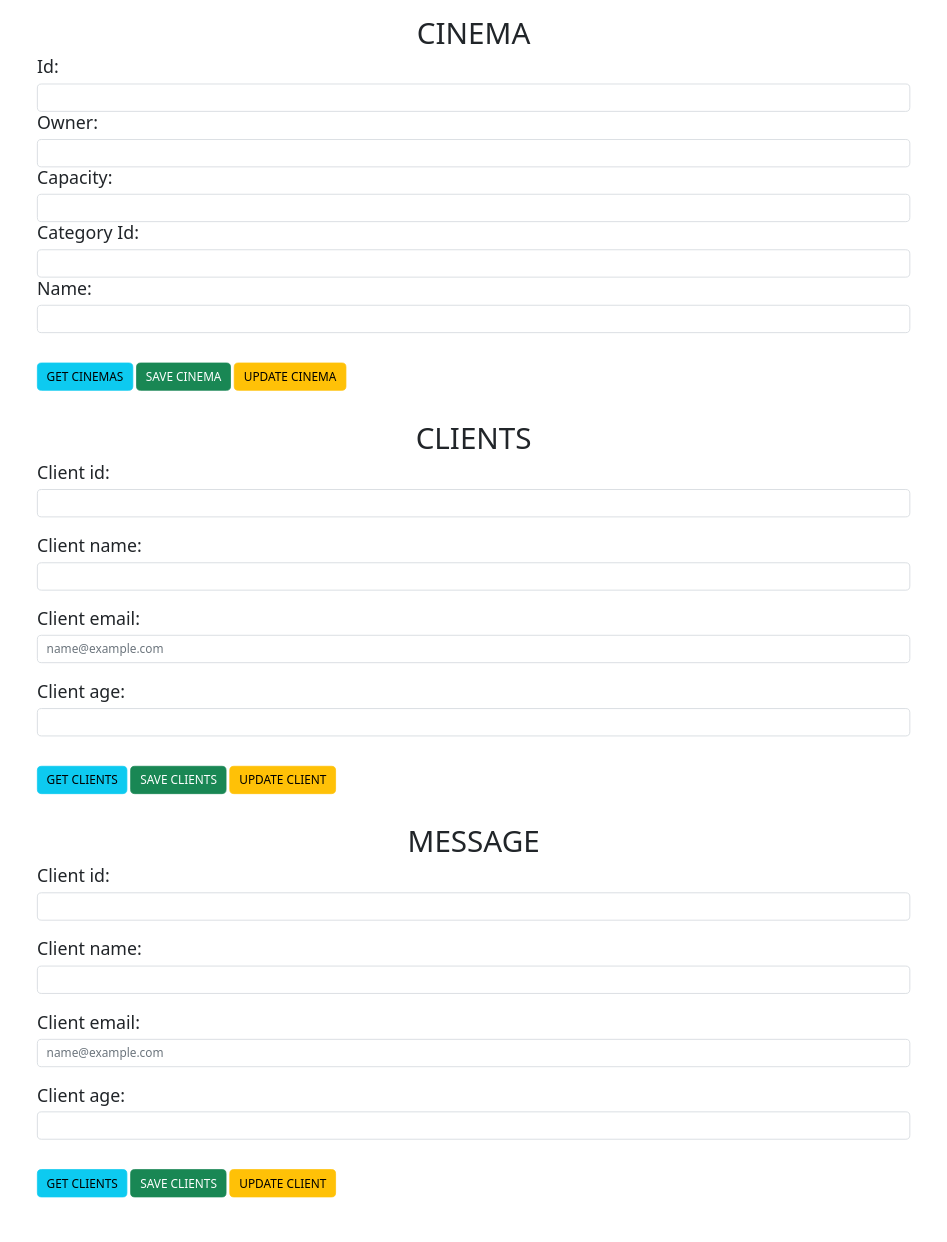
Repository: almendezl/MisionTIC
Page: index.html
These files come from the project's save history. The page is drawn as it stood at one moment and after the next save; the edit follows.
The browser window is 1280 px wide. The pictures show the whole page, at 74% of full size.

Above is the page before, as saved 2022-10-01 21:55:32.

### index.html
<html lang="en">
<head>
    <meta charset="UTF-8">
    <meta http-equiv="X-UA-Compatible" content="IE=edge">
    <meta name="viewport" content="width=device-width, initial-scale=1.0">
    <link rel="stylesheet" href="styles.css">
    <title>MISION TIC 2022 RETO 2</title>
</head>
<!-- add jquery api -->
<script src="https://ajax.googleapis.com/ajax/libs/jquery/3.6.1/jquery.min.js"></script>
<!-- add bootstrap -->

<link href="https://cdn.jsdelivr.net/npm/bootstrap@5.2.1/dist/css/bootstrap.min.css" rel="stylesheet" integrity="sha384-iYQeCzEYFbKjA/T2uDLTpkwGzCiq6soy8tYaI1GyVh/UjpbCx/TYkiZhlZB6+fzT" crossorigin="anonymous">
<!-- add the file with the script -->
<script type="text/javascript" src="myScript.js"></script>
<body>
    <!-- cinema front -->
    <h1 class="text-center">CINEMA</h1>
    <form action="">
        <div class="form-group">
            <h4 class="label label-default" >Id: </h4>
            <input class="form-control" type="number" id="clientId">
        </div>

        <div class="form-group">
            <h4 class="label label-default" >Owner: </h4>
            <input class="form-control" type="text" id="clientName">
        </div>

        <div class="form-group">
            <h4 class="label label-default" >Capacity: </h4>
            <input class="form-control" type="text" id="clientEmail" >
        </div>

        <div class="form-group">
            <h4 class="label label-default" >Category Id: </h4>
            <input class="form-control" type="number" id="clientAge">
        </div>

        <div class="form-group">
            <h4 class="label label-default" >Name: </h4>
            <input class="form-control" type="number" id="clientAge"><br>
        </div>

    </form>




    <button class="btn btn-info" onclick="getClients()">GET CINEMAS</button>

    <button class="btn btn-success" onclick="setClient()">SAVE CINEMA</button>

    <button class="btn btn-warning" onclick="updateClient()">UPDATE CINEMA</button><br><br>


    <table class="table table-striped" id="clientsList">


    </table>

    <!-- Clients front  -->
    <h1 class="text-center">CLIENTS</h1>
    <form action="">
        <div class="form-group">
            <h4 class="label label-default" >Client id: </h4>
            <input class="form-control" type="number" id="clientId"> <br>
        </div>

        <div class="form-group">
            <h4 class="label label-default" >Client name: </h4>
            <input class="form-control" type="text" id="clientName"><br>
        </div>

        <div class="form-group">
            <h4 class="label label-default" >Client email: </h4>
            <input class="form-control" type="text" id="clientEmail" placeholder="name@example.com"><br>
        </div>

        <div class="form-group">
            <h4 class="label label-default" >Client age: </h4>
            <input class="form-control" type="number" id="clientAge"><br>
        </div>

    </form>




    <button class="btn btn-info" onclick="getClients()">GET CLIENTS</button>

    <button class="btn btn-success" onclick="setClient()">SAVE CLIENTS</button>

    <button class="btn btn-warning" onclick="updateClient()">UPDATE CLIENT</button><br><br>


    <table class="table table-striped" id="clientsList">


    </table>

    <!-- Message front  -->
    <h1 class="text-center">MESSAGE</h1>
    <form action="">
        <div class="form-group">
            <h4 class="label label-default" >Client id: </h4>
            <input class="form-control" type="number" id="clientId"> <br>
        </div>

        <div class="form-group">
            <h4 class="label label-default" >Client name: </h4>
            <input class="form-control" type="text" id="clientName"><br>
        </div>

        <div class="form-group">
            <h4 class="label label-default" >Client email: </h4>
            <input class="form-control" type="text" id="clientEmail" placeholder="name@example.com"><br>
        </div>

        <div class="form-group">
            <h4 class="label label-default" >Client age: </h4>
            <input class="form-control" type="number" id="clientAge"><br>
        </div>

    </form>




    <button class="btn btn-info" onclick="getClients()">GET CLIENTS</button>

    <button class="btn btn-success" onclick="setClient()">SAVE CLIENTS</button>

    <button class="btn btn-warning" onclick="updateClient()">UPDATE CLIENT</button><br><br>


    <table class="table table-striped" id="clientsList">


    </table>

</body>
</html>

### styles.css
body {

    padding: 20px 50px;
  }

### myScript.js
function getClients(){

    $.ajax({
        url:'https://gbc0751b79176df-fy68ude9ajgxmklv.adb.us-ashburn-1.oraclecloudapps.com/ords/admin/client/client',
        type: 'GET',
        dataType: 'json',

        success: function(clients){
            console.log(clients);
            let cs= clients.items;
            //$('#clientsList').append("<h2>Clients List</h2>");
            $('#clientsList').empty();
            $('#clientsList').append("<thead><tr><th scope='col'>Id</th><th scope='col'>Name</th><th scope='col'>Email</th><th scope='col'>Age</th> <th scope='col'>Option</th></tr></thead><tbody></tbody>");
            for(i = 0; i<cs.length; i++){
                //$('#clientsList').append("<b>"+cs[i].id+" "+cs[i].name+" </b> "+cs[i].email+"   <button class='btn btn-danger' onclick='deleteClient("+cs[i].id+")'>DELETE</button>"+"<br>");
                $('#clientsList').append("<tr><th scope='row'>"+cs[i].id+"</th><td>"+cs[i].name+"</td><td>"+cs[i].email+"</td><td>"+cs[i].age+"</td><td>"+"<button class='btn btn-danger' onclick='deleteClient("+cs[i].id+")'>DELETE</button></td></tr>");

            }

        },
        error: function(xhr, status){
            alert("A problem has occurred");
        },
        complete: function(xhr, status){
            //alert("Request made");
        }
    });

}

function setClient(){

    let clientId = $("#clientId").val();
    let clientName = $("#clientName").val();
    let clientEmail = $("#clientEmail").val();
    let clientAge = $("#clientAge").val();

    let data = {
        id: clientId,
        name: clientName,
        email: clientEmail,
        age: clientAge

    };

    let dataToSend = JSON.stringify(data);

    console.log(dataToSend);

    $.ajax({
        url:'https://gbc0751b79176df-fy68ude9ajgxmklv.adb.us-ashburn-1.oraclecloudapps.com/ords/admin/client/client',
        type: 'POST',
        //dataType: 'json',
        data: dataToSend,
         contentType: "application/json",

        success: function(json){
            console.log(json);
            //Clean the inputs
            $("#clientId").val('');
            $("#clientName").val('');
            $("#clientEmail").val('');
            $("#clientAge").val('');
            getClients();
        },
        error: function(xhr, status){
            //alert("A problem has occurred");

        },
        complete: function(xhr, status){
            //alert("Request made");

        }
    });

}

function updateClient(){
    let clientId = $("#clientId").val();
    let clientName = $("#clientName").val();
    let clientEmail = $("#clientEmail").val();
    let clientAge = $("#clientAge").val();

    let data = {
        id: clientId,
        name: clientName,
        email: clientEmail,
        age: clientAge

    };

    let dataToSend = JSON.stringify(data);

    console.log(dataToSend);

    $.ajax({
        url:'https://gbc0751b79176df-fy68ude9ajgxmklv.adb.us-ashburn-1.oraclecloudapps.com/ords/admin/client/client',
        type: 'PUT',
        //dataType: 'json',
        data: dataToSend,
        contentType: "application/json",

        success: function(json){
            console.log(json);
            //Clean the inputs
            $("#clientId").val('');
            $("#clientName").val('');
            $("#clientEmail").val('');
            $("#clientAge").val('');
            getClients();
        },
        error: function(xhr, status){
            //alert("A problem has occurred");

        },
        complete: function(xhr, status){
            //alert("Request made");

        }
    });
}

function deleteClient(clientId){


    let data = {
        id: clientId

    };

    let dataToSend = JSON.stringify(data);

    console.log(dataToSend);

    $.ajax({
        url:'https://gbc0751b79176df-fy68ude9ajgxmklv.adb.us-ashburn-1.oraclecloudapps.com/ords/admin/client/client',
        type: 'DELETE',
        //dataType: 'json',
        data: dataToSend,
        contentType: "application/json",

        success: function(json){
            console.log(json);
            //Clean the inputs
            $("#clientId").val('');
            $("#clientName").val('');
            $("#clientEmail").val('');
            $("#clientAge").val('');
            getClients();
        },
        error: function(xhr, status){
            //alert("A problem has occurred");

        },
        complete: function(xhr, status){
            //alert("Request made");

        }
    });
}

After the next save:
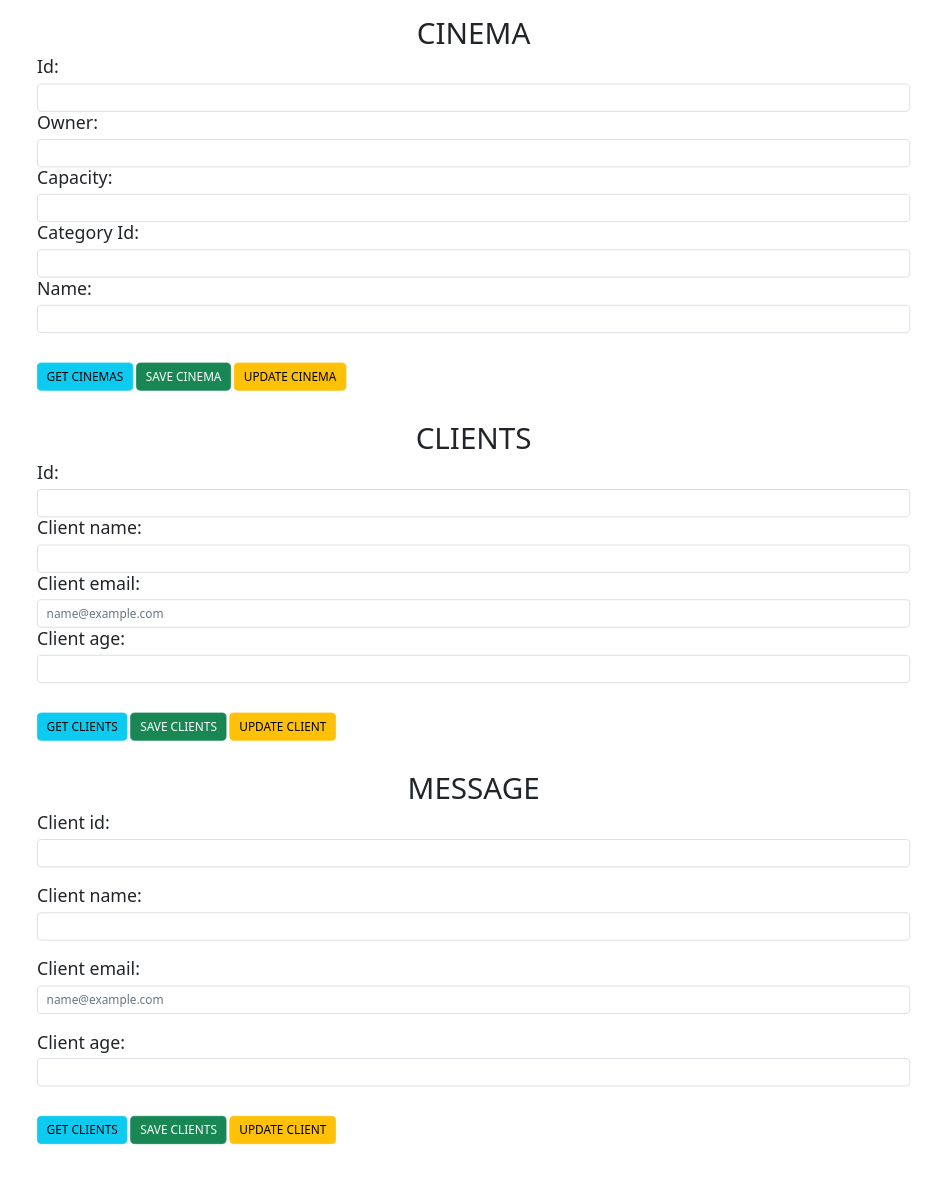
Saved 50 s later.
--- a/index.html
+++ b/index.html
@@ -63,18 +63,18 @@
     <h1 class="text-center">CLIENTS</h1>
     <form action="">
         <div class="form-group">
-            <h4 class="label label-default" >Client id: </h4>
-            <input class="form-control" type="number" id="clientId"> <br>
+            <h4 class="label label-default" >Id: </h4>
+            <input class="form-control" type="number" id="clientId">
         </div>
 
         <div class="form-group">
             <h4 class="label label-default" >Client name: </h4>
-            <input class="form-control" type="text" id="clientName"><br>
+            <input class="form-control" type="text" id="clientName">
         </div>
 
         <div class="form-group">
             <h4 class="label label-default" >Client email: </h4>
-            <input class="form-control" type="text" id="clientEmail" placeholder="name@example.com"><br>
+            <input class="form-control" type="text" id="clientEmail" placeholder="name@example.com">
         </div>
 
         <div class="form-group">
